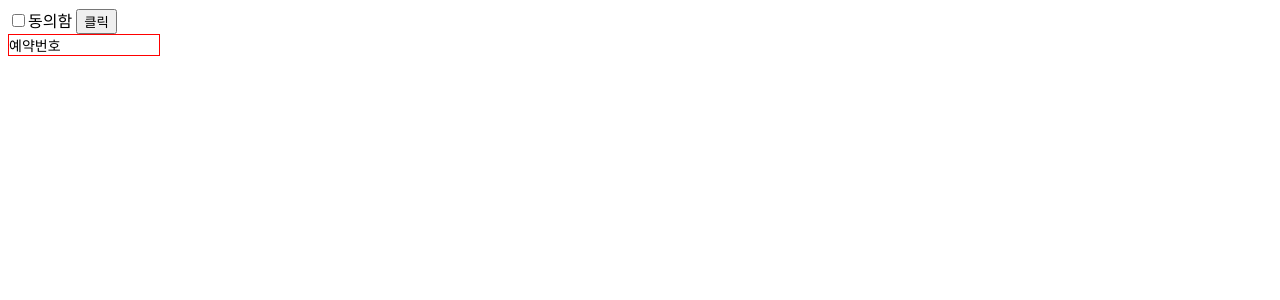
Repository: mekeyace/portfolio
Page: http://localhost/web/check.jsp
These files come from the project's save history. The page is drawn as it stood at one moment and after the next save; the edit follows.
The browser window is 1280 px wide. The pictures show the whole page.
The page is served by Tomcat 9. Other server files are loaded and not shown.

Above is the page before, as saved 2023-06-22 02:11:16.

### maven/web/src/main/webapp/check.jsp
<%@ page language="java" contentType="text/html; charset=UTF-8"
    pageEncoding="UTF-8"%>
<!DOCTYPE html>
<html>
<head>
<meta charset="UTF-8">
<title>Insert title here</title>
</head>
<body>
<!-- 체크박스1 : 체크시 : Y 미체크시 : N -->
<form id="frm" method="post" action="./checkok.do">
<input type="hidden" name="cks" value="N">
<input type="checkbox" id="agree">동의함
<input type="button" value="클릭" onclick="abc()">

<div style="font-size:14px; width:150px; border:1px solid red;">예약번호</div>
<br>
</form>
<!-- 체크박스2 : 체크시 : Y 미체크시 : null -->
</body>
<script>
function abc(){
	frm.submit();
}
</script>
</html>

After the next save:
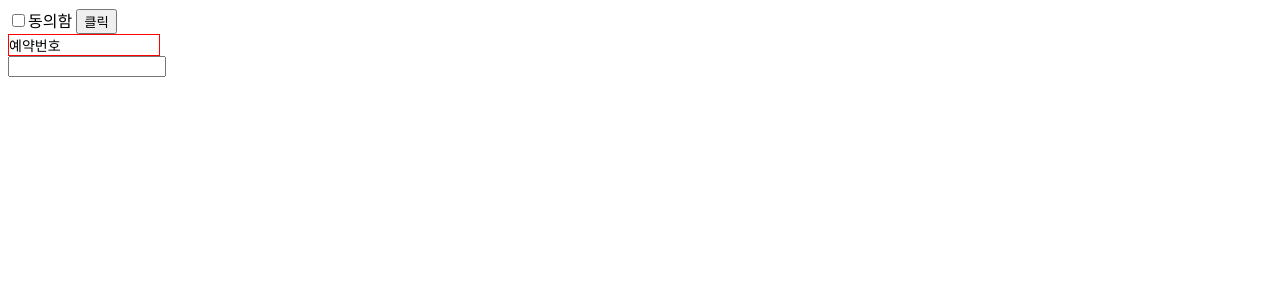
Saved 4 min 27 s later.
--- a/maven/web/src/main/webapp/check.jsp
+++ b/maven/web/src/main/webapp/check.jsp
@@ -14,6 +14,7 @@
 <input type="button" value="클릭" onclick="abc()">
 
 <div style="font-size:14px; width:150px; border:1px solid red;">예약번호</div>
+<input type="text" style="width:150px;">
 <br>
 </form>
 <!-- 체크박스2 : 체크시 : Y 미체크시 : null -->
